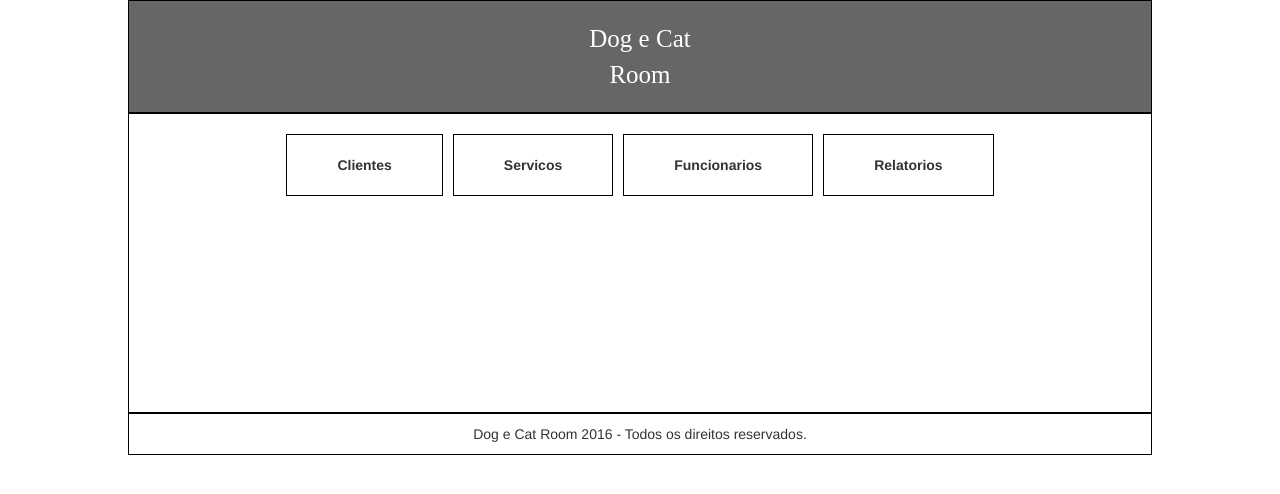
Repository: Natanzx/DogECatRoom
Page: http://localhost/DogECatRoom/principal.jsp
The author's editor kept a copy of each file at every save. The page is drawn from the files as they stood at one save, then again after the next save.
The browser window is 1280 px wide. The pictures show the whole page.
The page is served by Tomcat 9.

Above is the page before, as saved 2016-05-15 20:22:34.

After the next save:
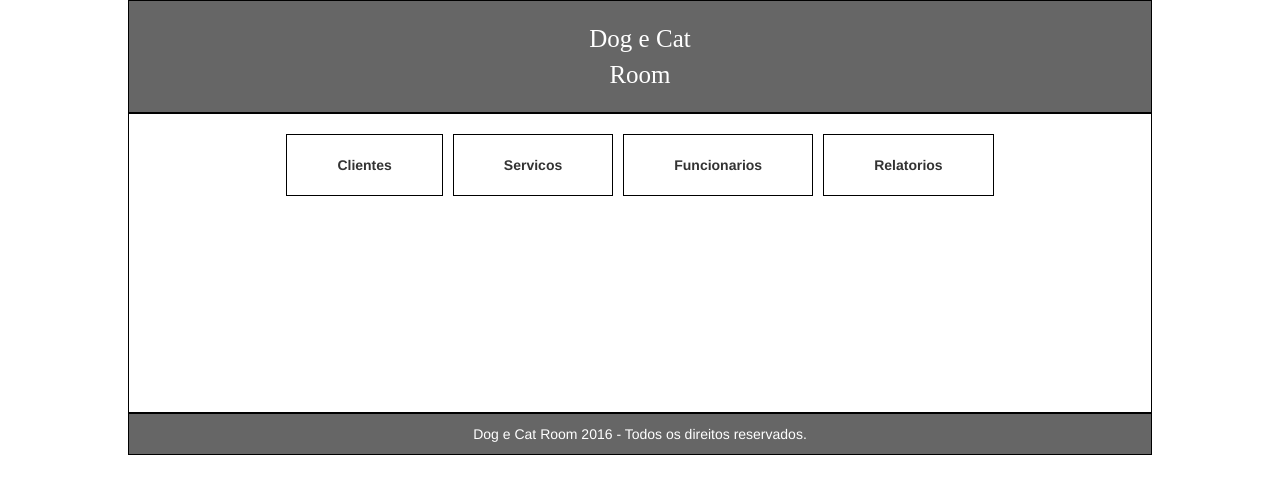
Saved 19 s later.
--- a/DogECatRoom/WebContent/bibliotecas/css/estilos.css
+++ b/DogECatRoom/WebContent/bibliotecas/css/estilos.css
@@ -19,6 +19,8 @@
 	text-align			: center;
 	padding				: 10px 0px;
 	border				: 1px solid black;
+		background			: #666;
+	color				: white;
 }
 
 .content{
